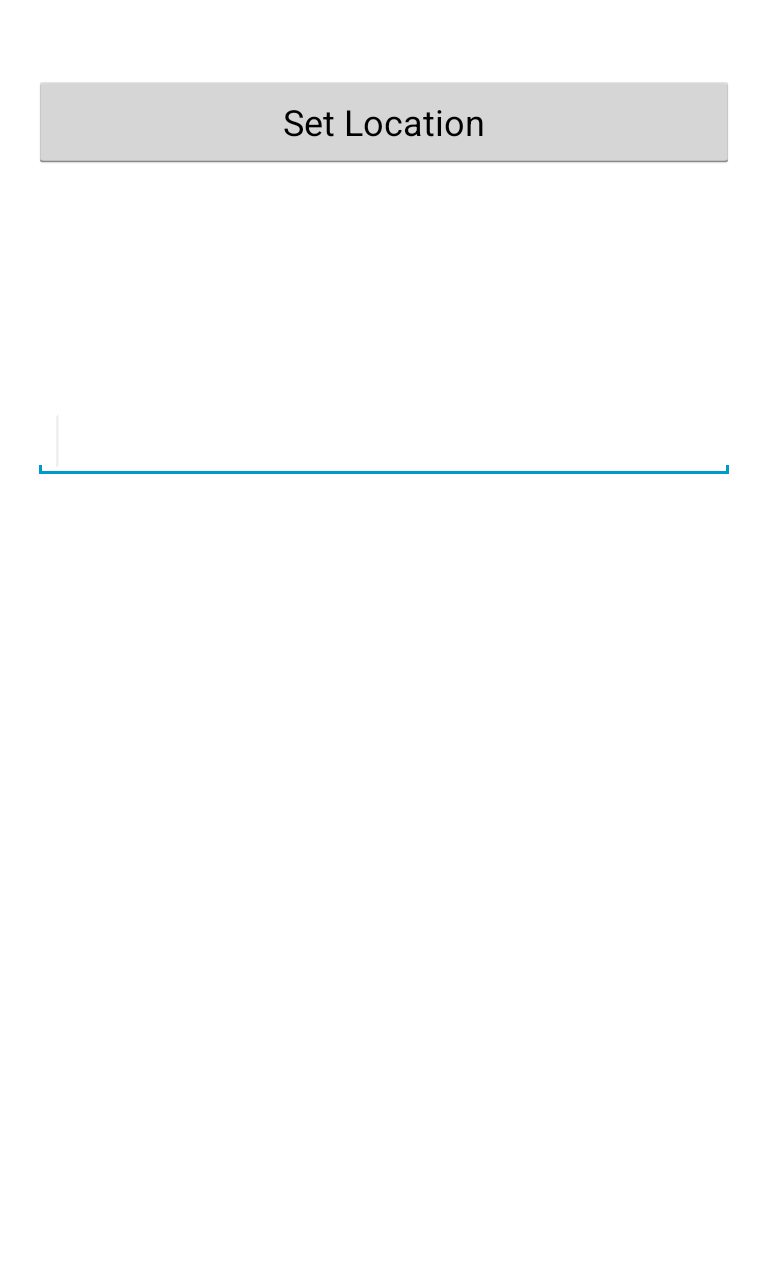
Repository: nigelmc/city-vendors-android
Layout: CityVendor/CityVendor/res/layout/activity_set_location.xml
These files come from the project's save history. The layout is drawn as it stood at one moment and after the next save; the edit follows.
It is drawn on a 768 x 1280 px phone screen (xhdpi) without system bars, with theme AppTheme; the app's code is not run.

Above is the layout before, as saved 2013-11-16 19:08:49.

After the next save:
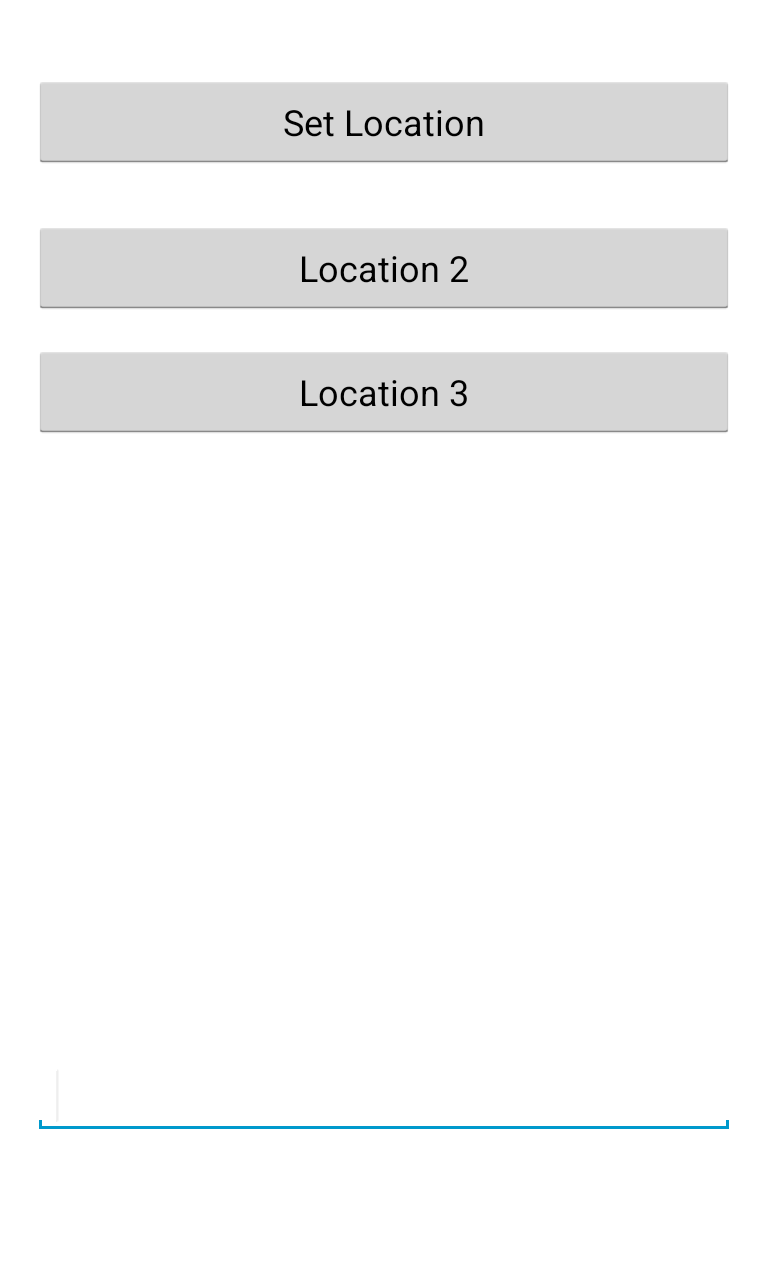
Saved 18 min 11 s later.
--- a/CityVendor/CityVendor/res/layout/activity_set_location.xml
+++ b/CityVendor/CityVendor/res/layout/activity_set_location.xml
@@ -8,18 +8,6 @@
     android:paddingTop="@dimen/activity_vertical_margin"
     tools:context=".SetLocation" >
 
-    <EditText
-        android:id="@+id/editText1"
-        android:layout_width="match_parent"
-        android:layout_height="wrap_content"
-        android:layout_below="@+id/button1"
-        android:layout_marginTop="116dp"
-        android:ems="10"
-        android:inputType="textMultiLine" >
-
-        <requestFocus />
-    </EditText>
-
     <Button
         android:id="@+id/button1"
         android:layout_width="match_parent"
@@ -29,4 +17,40 @@
         android:layout_marginTop="21dp"
         android:text="@string/set_location" />
 
+    <EditText
+        android:id="@+id/editText1"
+        android:layout_width="match_parent"
+        android:layout_height="wrap_content"
+        android:layout_alignParentBottom="true"
+        android:layout_centerHorizontal="true"
+        android:layout_marginBottom="56dp"
+        android:ems="10"
+        android:onClick="setLocation1"
+        android:inputType="textMultiLine" >
+
+        <requestFocus />
+    </EditText>
+
+    <Button
+        android:id="@+id/button2"
+        android:layout_width="wrap_content"
+        android:layout_height="wrap_content"
+        android:layout_alignLeft="@+id/button1"
+        android:layout_alignRight="@+id/button1"
+        android:layout_below="@+id/button1"
+        android:layout_marginTop="25dp"
+        android:onClick="setLocation2"
+        android:text="Location 2" />
+
+    <Button
+        android:id="@+id/Button01"
+        android:layout_width="wrap_content"
+        android:layout_height="wrap_content"
+        android:layout_alignLeft="@+id/button2"
+        android:layout_alignRight="@+id/button2"
+        android:layout_below="@+id/button2"
+        android:layout_marginTop="14dp"
+        android:onClick="setLocation3"
+        android:text="Location 3" />
+
 </RelativeLayout>
